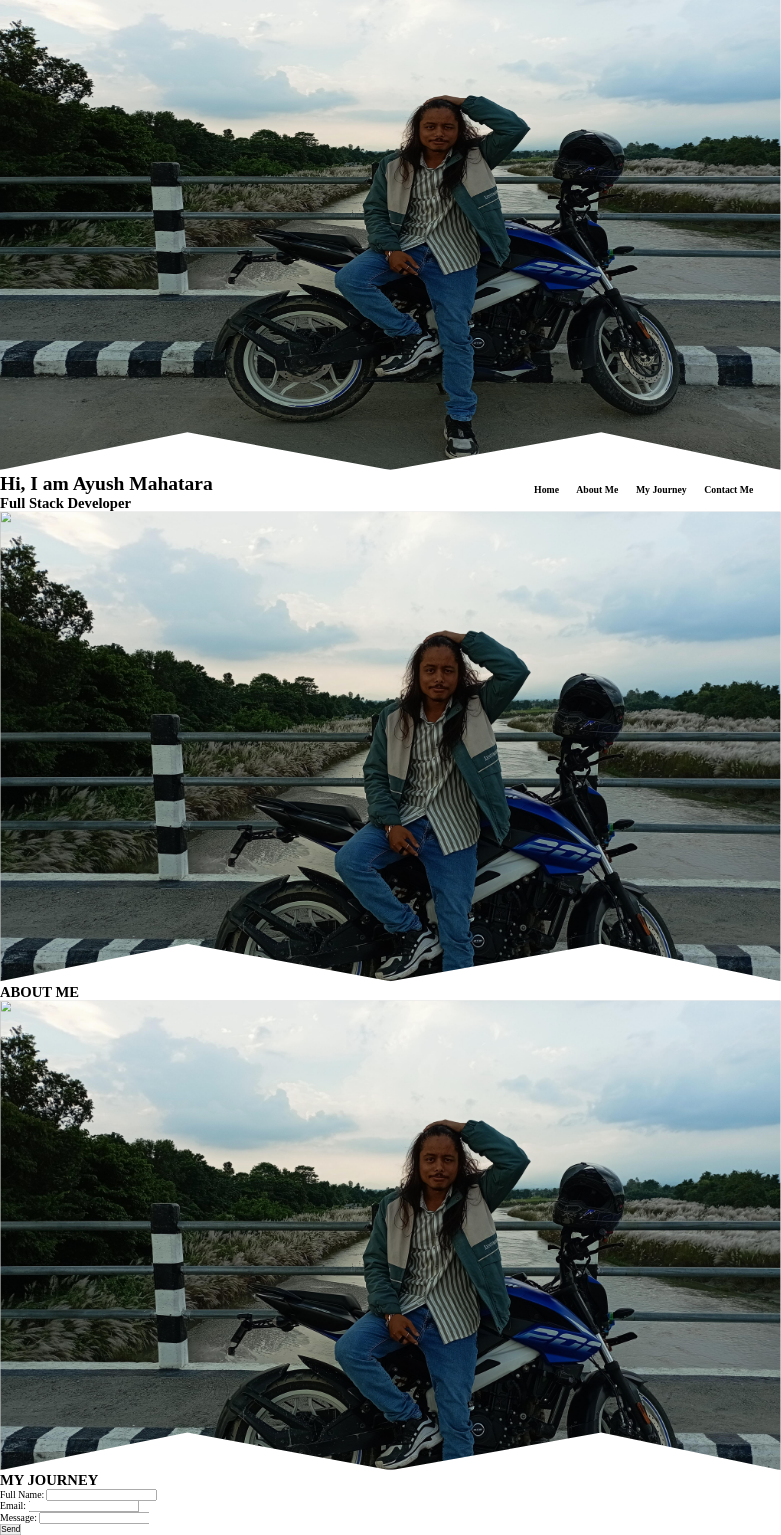
Repository: AyushMahatara/personal-website
Page: New folder/index.html
An editor plug-in stored every save of this project. The page is shown before and after the next save, followed by the edit.
The browser window is 1280 px wide. The pictures show the whole page, at 61% of full size.
Backgrounds fixed to the window are drawn as part of the page.

Above is the page before, as saved 2023-07-20 16:40:36.

### New folder/index.html
<!DOCTYPE html>
<html lang="en">
  <head>
    <meta charset="UTF-8" />
    <meta name="viewport" content="width=device-width, initial-scale=1.0" />
    <link rel="stylesheet" href="/style.css" />
    <title>GA</title>
  </head>

  <style>
    img {
      background-image: url("/background.jpg");
      background-size: cover;
      background-position: top;
      background-repeat: no-repeat;
      background-attachment: fixed;
      width: 100%;
      height: 107vh;
      position: relative;
      clip-path: polygon(
        0 0,
        0 100%,
        24% 92%,
        50% 100%,
        77% 92%,
        100% 100%,
        100% 0
      );
      overflow: hidden;
    }
  </style>
  <body>
    <header>
      <div class="first">
        <div>
          <img src="/background.jpg" alt="" />
        </div>
        <div>
          <nav>
            <a href="#">Home</a>
            <a href="#">About Me</a>
            <a href="#">My Journey</a>
            <a href="#">Contact Me</a>
            <!-- <a href="#">Home</a> -->
          </nav>
        </div>
        <div>
          <h1>Hi, I am Ayush Mahatara</h1>
          <h2>Full Stack Developer</h2>
          <img src="" alt="" />
        </div>
      </div>
    </header>
    <div class="second">
      <h2>ABOUT ME</h2>
      <div class="profilePic">
        <img src="" alt="" />
      </div>
      <div class="aboutMe"></div>
    </div>

    <div class="third">
      <h2>MY JOURNEY</h2>
      <div class="experience"></div>
    </div>

    <div class="contactMe">
      <div>
        <form action="">
          <div>
            <label for="">Full Name:</label>
            <input type="text" />
          </div>
          <div>
            <label for="">Email:</label>
            <input type="email" required />
          </div>
          <div>
            <label for="">Message:</label>
            <input type="textarea" />
            <div>
              <button type="submit">Send</button>
            </div>
          </div>
        </form>
      </div>
    </div>

    <footer>
      <div>
        <div>
          <a href=""></a>
          <a href=""></a>
        </div>
      </div>
    </footer>
  </body>
</html>

### New folder/style.css
* {
  margin: 0;
  padding: 0;
  text-decoration: none;
}
/* header {
  background-image: url("/background.jpg");
  background-size: cover;
  background-position: top;
  background-repeat: no-repeat;
  background-attachment: fixed;
  width: 100%;
  height: 107vh;
  position: relative;
  clip-path: polygon(
    0 0,
    0 100%,
    24% 92%,
    50% 100%,
    77% 92%,
    100% 100%,
    100% 0
  );
  overflow: hidden;
} */

nav {
  float: right;
  padding: 20px;
  font-weight: bold;
}

a {
  color: black;
}

nav a {
  padding-right: 25px;
}

.active {
  color: orange;
}

nav a:hover {
  color: orange;
}

After the next save:
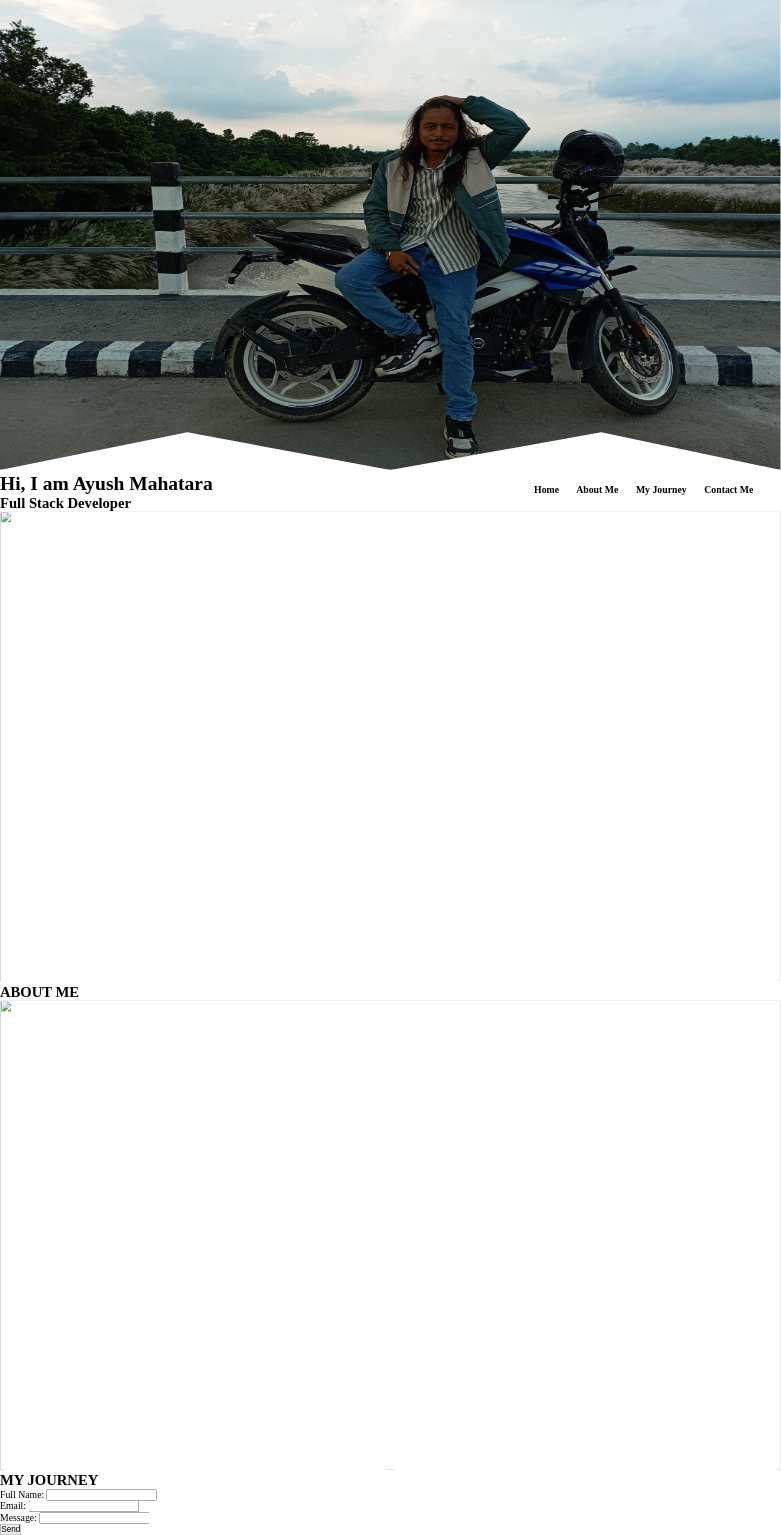
Saved 12 s later.
--- a/New folder/index.html
+++ b/New folder/index.html
@@ -9,7 +9,6 @@
 
   <style>
     img {
-      background-image: url("/background.jpg");
       background-size: cover;
       background-position: top;
       background-repeat: no-repeat;

After the save that followed:
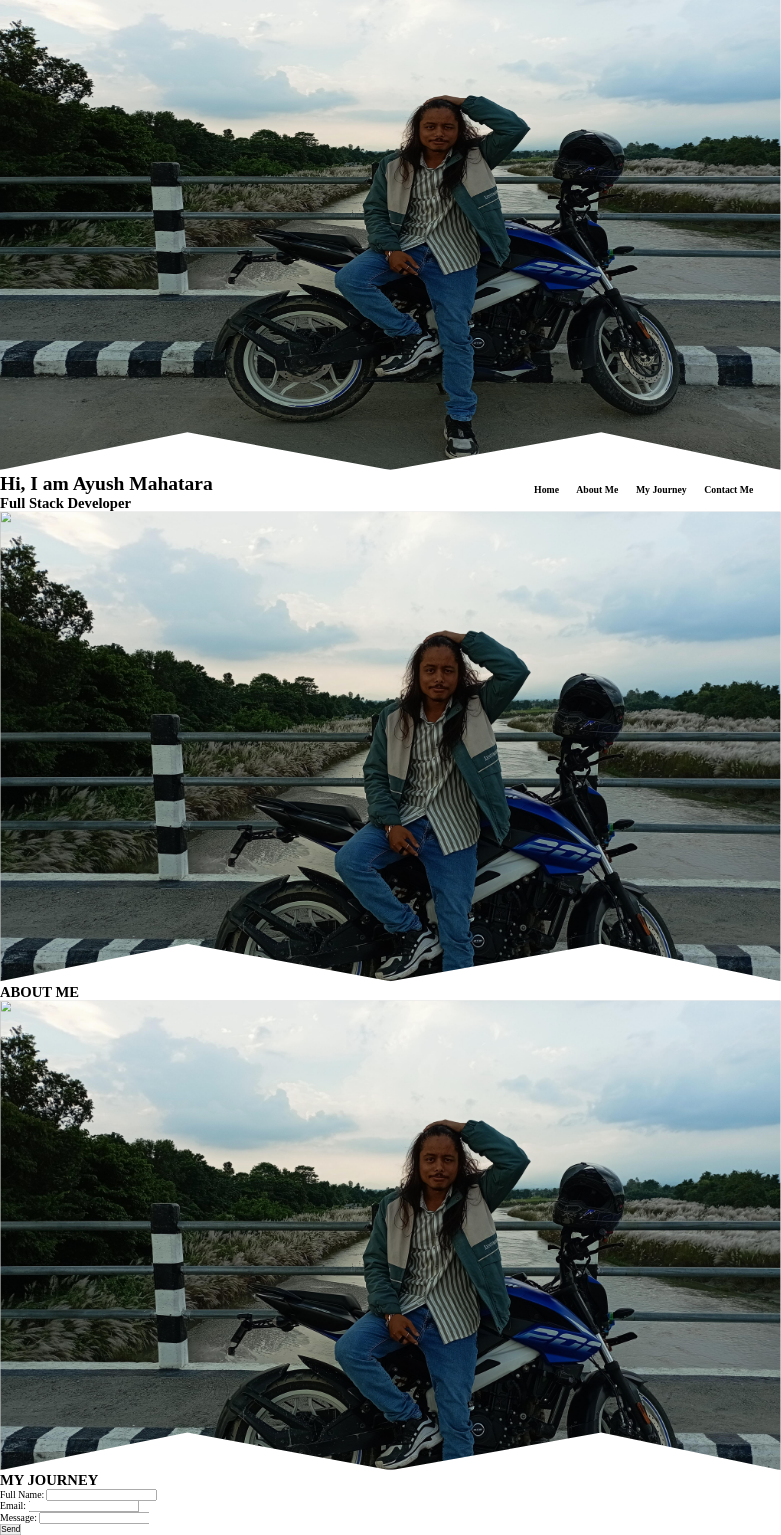
Saved 8 s later.
--- a/New folder/index.html
+++ b/New folder/index.html
@@ -9,6 +9,7 @@
 
   <style>
     img {
+      background-image: url("/background.jpg");
       background-size: cover;
       background-position: top;
       background-repeat: no-repeat;
